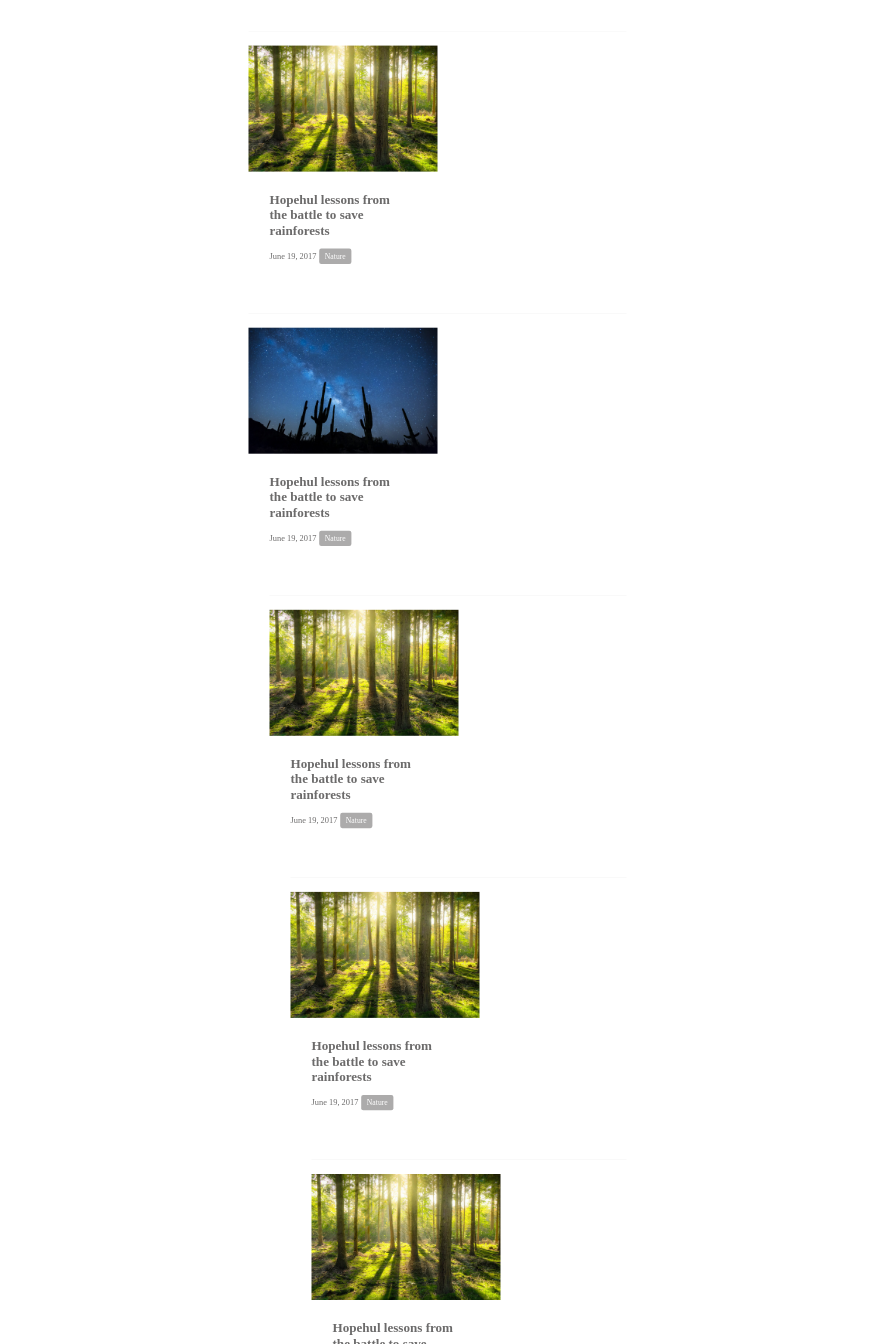
Repository: tttstk518/git-practice
Page: caravan/index.html
The author's editor kept a record of every edit. The page is drawn from the files as they stood at one moment, then again after the next edit.
The browser window is 1280 px wide. The pictures show the part of the page from y = 523 to 2443 px (the page is 2600 px tall), at 70% of full size.

Above is the page before.

After the next edit:
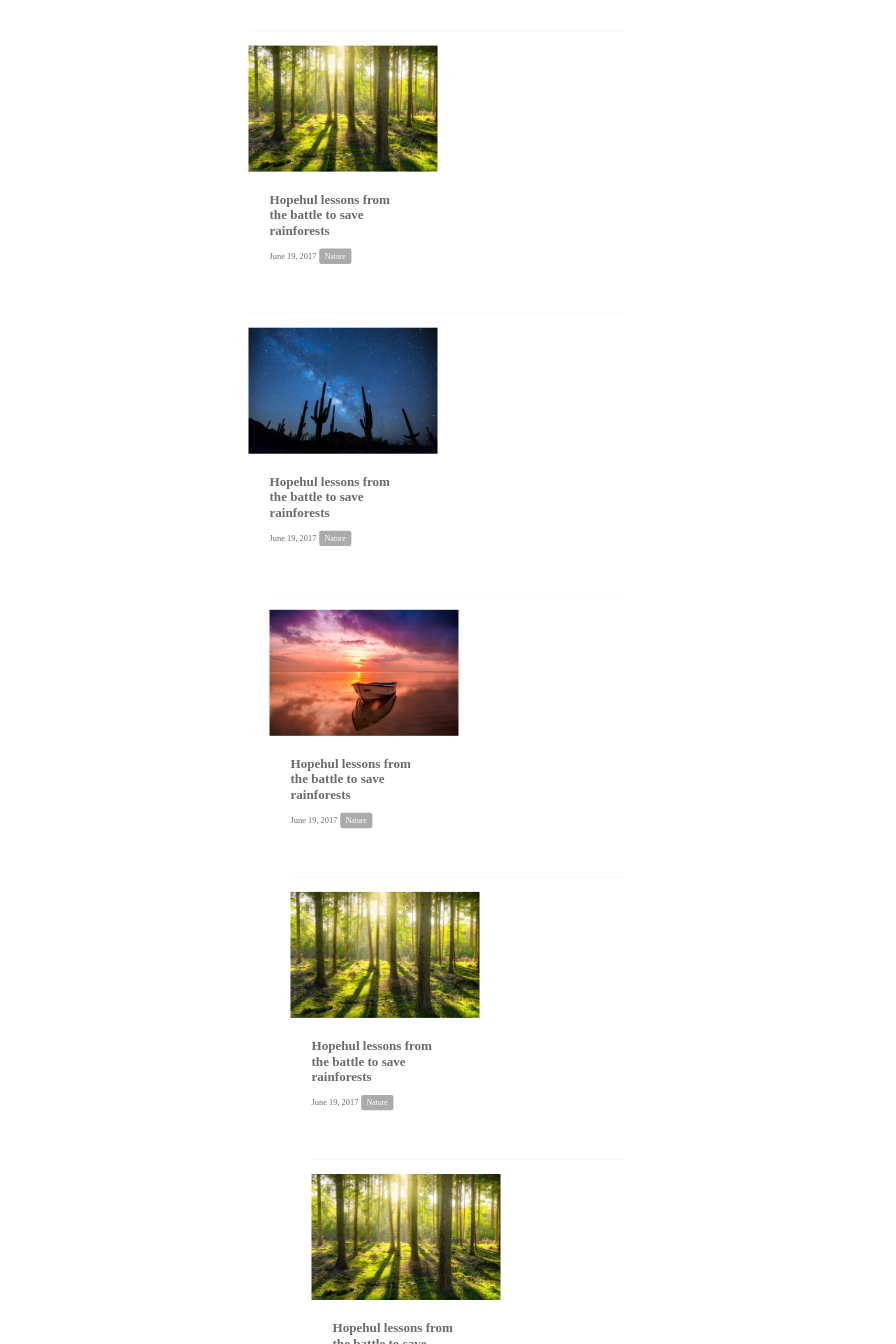
The edit:
--- a/caravan/index.html
+++ b/caravan/index.html
@@ -89,7 +89,7 @@
 
     <div class="blog-box"></div>
      <div class="blog-item"></div>
-      <img class="blog-image" src="img/forest.jpg">
+      <img class="blog-image" src="img/sunset.jpg">
       <section class="blog-text">
        <h3 class="blog-text-heading">
 
